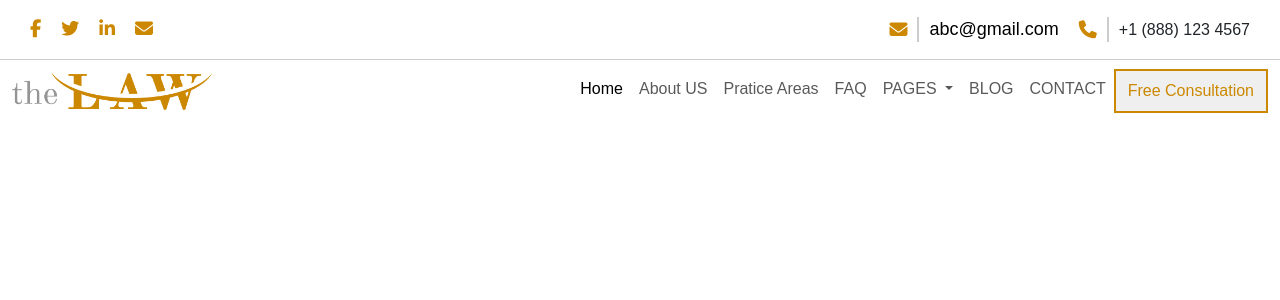
Repository: arehmanraza/lawyer_website
Page: Pages/index.html
The author's editor kept a copy of each file at every save. The page is drawn from the files as they stood at one save, then again after a run of saves.
The browser window is 1280 px wide. The pictures show the whole page.
Some web libraries are served in a nearby version.

Above is the page before, as saved 2024-05-22 01:52:15.

### Pages/index.html
<!DOCTYPE html>
<html lang="en">
  <head>
    <meta charset="utf-8" />
    <meta name="viewport" content="width=device-width, initial-scale=1" />
    <title>The Lawyer</title>
    <link
      rel="stylesheet"
      href="https://pro.fontawesome.com/releases/v5.10.0/css/all.css"
      integrity="sha384-AYmEC3Yw5cVb3ZcuHtOA93w35dYTsvhLPVnYs9eStHfGJvOvKxVfELGroGkvsg+p"
      crossorigin="anonymous"
    />
    <link rel="stylesheet" href="/Styling/style.css" />
    <link
      rel="stylesheet"
      href="https://cdnjs.cloudflare.com/ajax/libs/font-awesome/6.5.2/css/all.min.css"
      integrity="sha512-SnH5WK+bZxgPHs44uWIX+LLJAJ9/2PkPKZ5QiAj6Ta86w+fsb2TkcmfRyVX3pBnMFcV7oQPJkl9QevSCWr3W6A=="
      crossorigin="anonymous"
      referrerpolicy="no-referrer"
    />
    <link
      href="https://cdn.jsdelivr.net/npm/bootstrap@5.3.3/dist/css/bootstrap.min.css"
      rel="stylesheet"
      integrity="sha384-QWTKZyjpPEjISv5WaRU9OFeRpok6YctnYmDr5pNlyT2bRjXh0JMhjY6hW+ALEwIH"
      crossorigin="anonymous"
    />
  </head>
  <body>
    <div class="main-container">


      <!-- ---------------head_top_container start ------------------  -->




      <div class="head_top">
        <div class="head_top_left">
          <ul>
            <li>
              <i class="icon2 fa-brands fa-facebook-f"></i>
            </li>
            <li>
              <i class="icon2 fa-brands fa-twitter"></i>
            </li>
            <li>
              <i class="icon2 fa-brands fa-linkedin-in"></i>
            </li>
            <li>
              <i class="icon2 fa-solid fa-envelope"></i>
            </li>
          </ul>
        </div>
        <div class="head_top_right">
          <ul>
            <li>
              <i class="icon2 fa-solid fa-envelope"></i>
              <p class="border1"></p>
              <span><a class="phoneno" href = "mailto: a.rehman78766@gmail.com">abc@gmail.com</a></span>
            </li>
            <li>
              <i class="icon2 fa-solid fa-phone"></i>
              <p class="border1"></p>
              <span>+1 (888) 123 4567</span>
            </li>

          </ul>
        </div>
      </div>
      <!-- ---------------head_top_container end ------------------  -->






      <!-- ---------------Navbar_container start ------------------  -->


      <nav class="navbar navbar-expand-lg ">
        <div class="container-fluid">
          <a class="navbar-brand" href="#"><img src="/Images/logo.png"  width="200px"></a>
          <button class="navbar-toggler" type="button" data-bs-toggle="collapse" data-bs-target="#navbarSupportedContent" aria-controls="navbarSupportedContent" aria-expanded="false" aria-label="Toggle navigation">
            <span class="navbar-toggler-icon"></span>
          </button>
          <div class="collapse navbar-collapse" id="navbarSupportedContent">
            <ul class="navbar-nav ms-auto mb-2 mb-lg-0">
              <li class="nav-item">
                <a class="nav-link active" aria-current="page" href="#">Home</a>
              </li>
              <li class="nav-item">
                <a class="nav-link" href="#">About US</a>
              </li>
              <li class="nav-item">
                <a class="nav-link" href="#">Pratice Areas</a>
              </li>
              <li class="nav-item">
                <a class="nav-link" href="#">FAQ</a>
              </li>

              <li class="nav-item dropdown">
                <a class="nav-link dropdown-toggle" href="#" role="button" data-bs-toggle="dropdown" aria-expanded="false">
                  PAGES
                </a>
                <ul class="dropdown-menu">
                  <li><a class="dropdown-item" href="#">SHOP</a></li>
                  <li><a class="dropdown-item" href="#">ABOUT 2</a></li>
                  <li><a class="dropdown-item" href="#">CONTACT 2</a></li>
                </ul>
              </li>
              <li class="nav-item">
                <a class="nav-link" href="#">BLOG</a>
              </li>
              <li class="nav-item">
                <a class="nav-link" href="#">CONTACT</a>
              </li>
              <li class="nav-item">
                <button class="btns1">Free Consultation</button>
              </li>
            </ul>

          </div>
        </div>
      </nav>





      <!-- ---------------Navbar_container end ------------------  -->





    </div>
    <script
      src="https://cdn.jsdelivr.net/npm/bootstrap@5.3.3/dist/js/bootstrap.bundle.min.js"
      integrity="sha384-YvpcrYf0tY3lHB60NNkmXc5s9fDVZLESaAA55NDzOxhy9GkcIdslK1eN7N6jIeHz"
      crossorigin="anonymous"
    ></script>
  </body>
</html>

### Styling/style.css
*{
    margin: 0;
    padding: 0;
    box-sizing: border-box;
    font-family: Arial, Helvetica, sans-serif, "Montserrat";
}
.main-container{
    background-color: #fff;
    width: 100%;
    height: 100vh;
    padding: 0px;
}

.head_top {
    width: 100%;
    height: 60px;
    display: flex;
    justify-content: space-between;
    align-items: center; /* Center items vertically */
    border-bottom: 1px solid #ccc;
    padding: 0px 20px;
}

.head_top_left {
    width: 50%;
    display: flex; /* Ensure the left container is also using flexbox */
    align-items: center; /* Center items vertically */
}
.head_top_left ul {
    display: flex;
    list-style: none;
    padding: 0;
    margin: 0;
}
.head_top_left ul li{
    padding: 0px 10px;
}
.head_top_right{
    display: flex;
    align-items: center;
    width: 50%;
}
.head_top_right ul{
    display: flex;
    list-style: none;
    padding: 0;
    margin: 0px 0px 0px auto;

}
.head_top_right ul li{
    padding: 0px 10px;
    display: flex;
    align-items: center;
}
.border1{
    border-left: 2px solid #ccc;

    height: 25px;
    margin: 0px 10px;
}
.icon2{
    color:  #cc8800;
  font-size: large;
}
.phoneno{
    color: black;
    font-size: 18px;
    font-weight: 500;
    text-decoration: none
}
.btns1{
    padding: 8px 12px;
    border: none;
    color: #cc8800;
    border: 2px solid #cc8800;
    background-color: w;
}

After the next 2 saves:
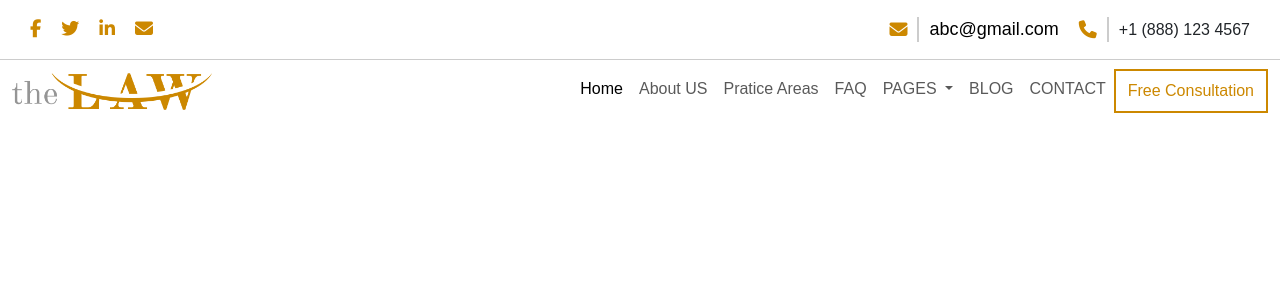
The 2 saves are shown as one change because they came seconds apart.
The last was saved 5 s later.
--- a/Styling/style.css
+++ b/Styling/style.css
@@ -73,5 +73,5 @@
     border: none;
     color: #cc8800;
     border: 2px solid #cc8800;
-    background-color: w;
+    background-color: white;
 }
